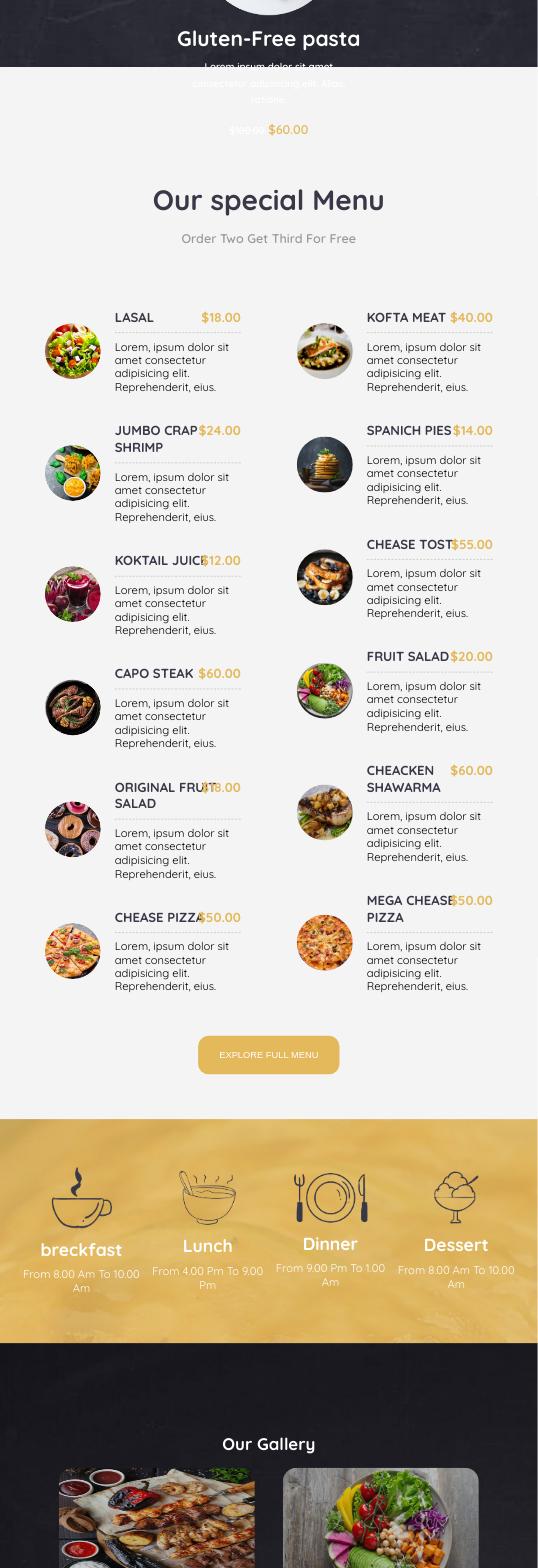
Repository: Eslam0Mohamed/Food-lover-project
Page: index.html
An editor plug-in stored every save of this project. The page is shown before and after the next save, followed by the edit.
The browser window is 768 px wide. The pictures show the part of the page from y = 2624 to 4864 px (the page is 6431 px tall before and 6411 px after), at 70% of full size.
Some web fonts or font styles are not loaded; a fallback is used.

Above is the page before, as saved 2024-03-03 15:01:17.

After the next save:
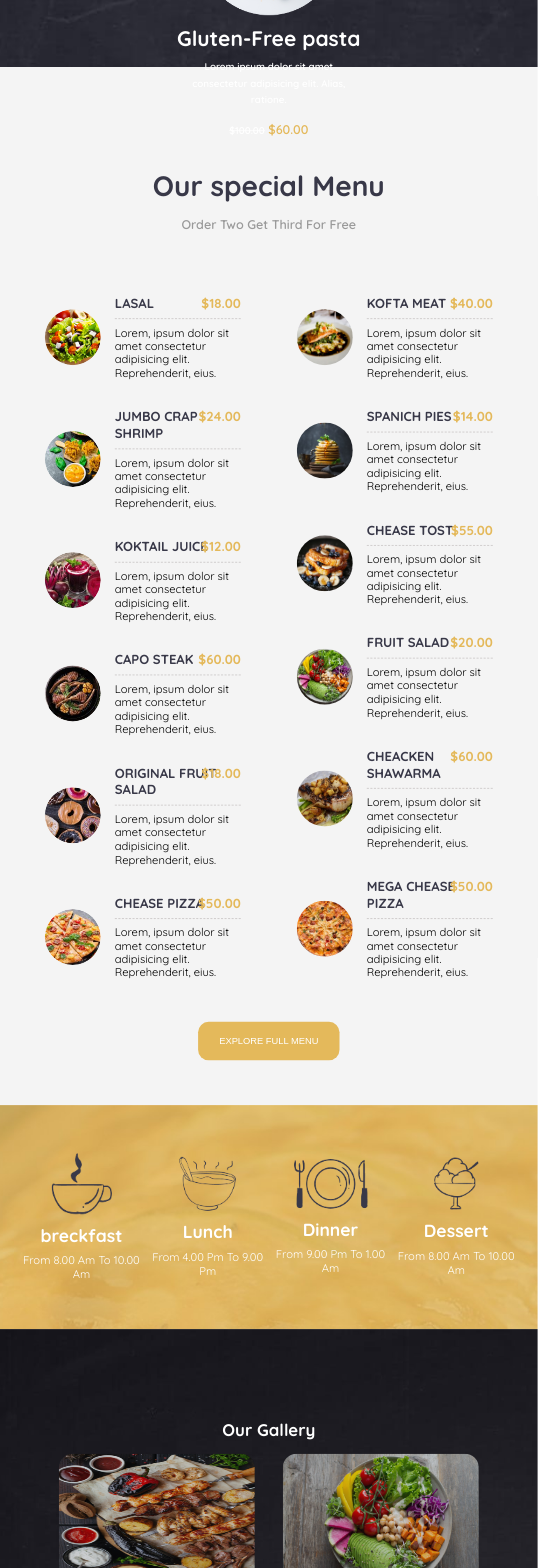
Saved 6 s later.
--- a/style.css
+++ b/style.css
@@ -107,7 +107,7 @@ display: flex;
 flex-direction: column;
     }
     #menu h1{
-        padding-top: 100px;
+        padding-top: 80px;
     }
   }
 header::before {
